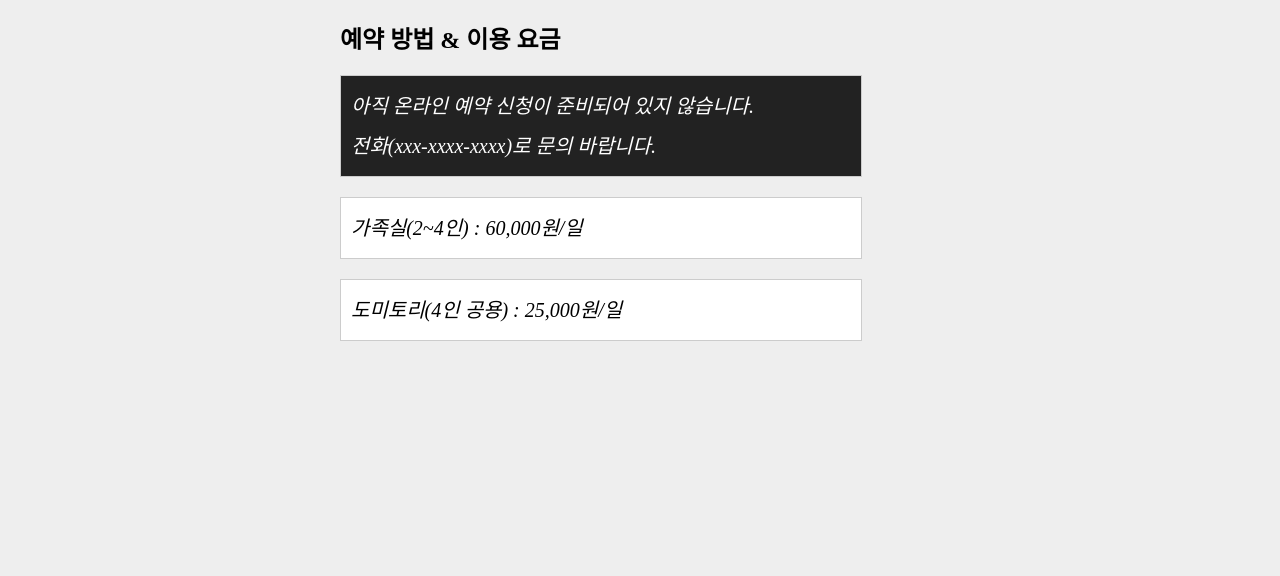
Repository: 753kg/753kg.github.io
Page: KOSTA/webProject/WebContent/doit/10/adj.html
The author's editor kept a copy of each file at every save. The page is drawn from the files as they stood at one save, then again after the next save.
The browser window is 1280 px wide. The pictures show the whole page.

Above is the page before, as saved 2021-04-01 06:42:01.

After the next save:
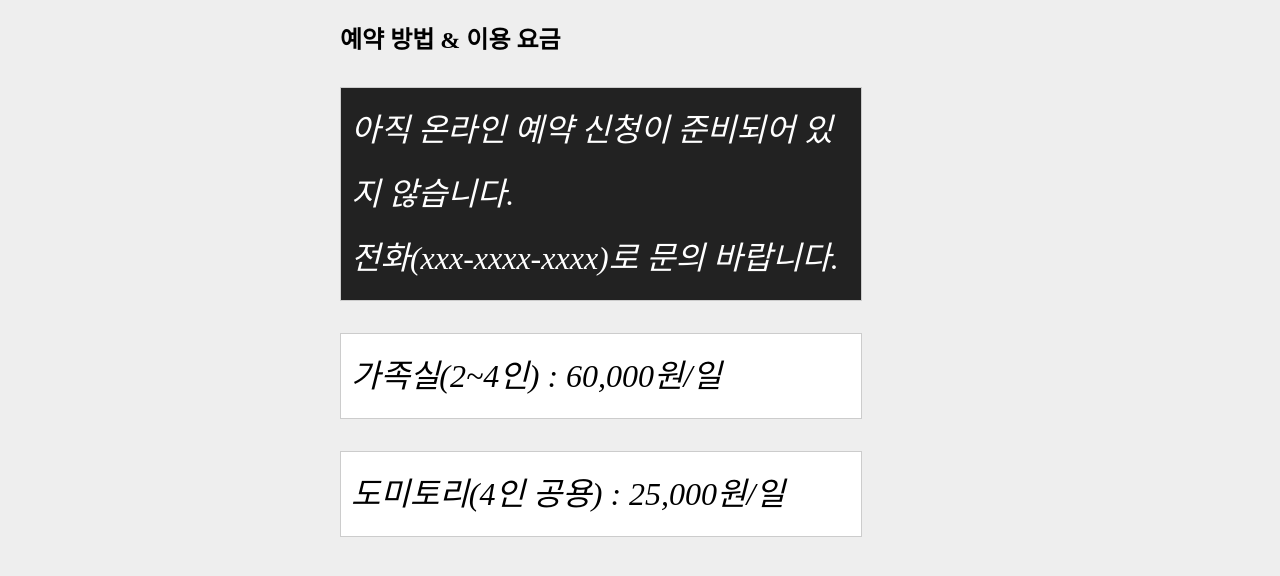
Saved 7 s later.
--- a/KOSTA/webProject/WebContent/doit/10/adj.html
+++ b/KOSTA/webProject/WebContent/doit/10/adj.html
@@ -24,7 +24,7 @@
     }
     h1 ~ p { /* h1 요소의 모든 형제 */
     	font-style: italic;
-    	font-size: 20px;
+    	font-size: 2em;
     }
   </style>
 </head>
